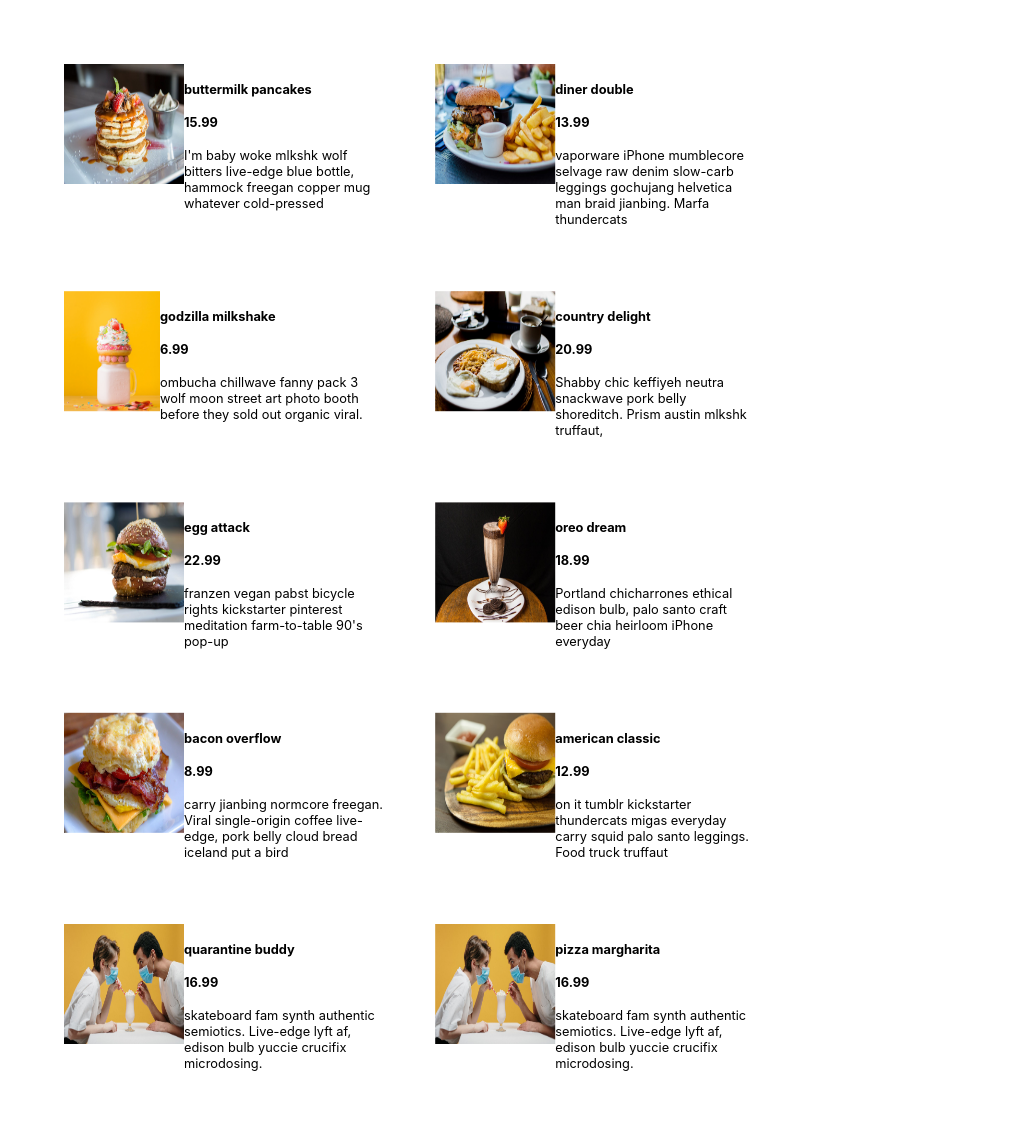
Repository: gligor99/menu-ts-react
Page: /
These files come from the project's save history. The page is drawn as it stood at one moment and after the next save; the edit follows.
The browser window is 1280 px wide. The pictures show the whole page, at 80% of full size.
The project was rebuilt for these pictures with package versions that can differ from the ones it lists, and the page was loaded fresh each time.

Above is the page before, as saved 2021-11-24 23:00:40.

After the next save:
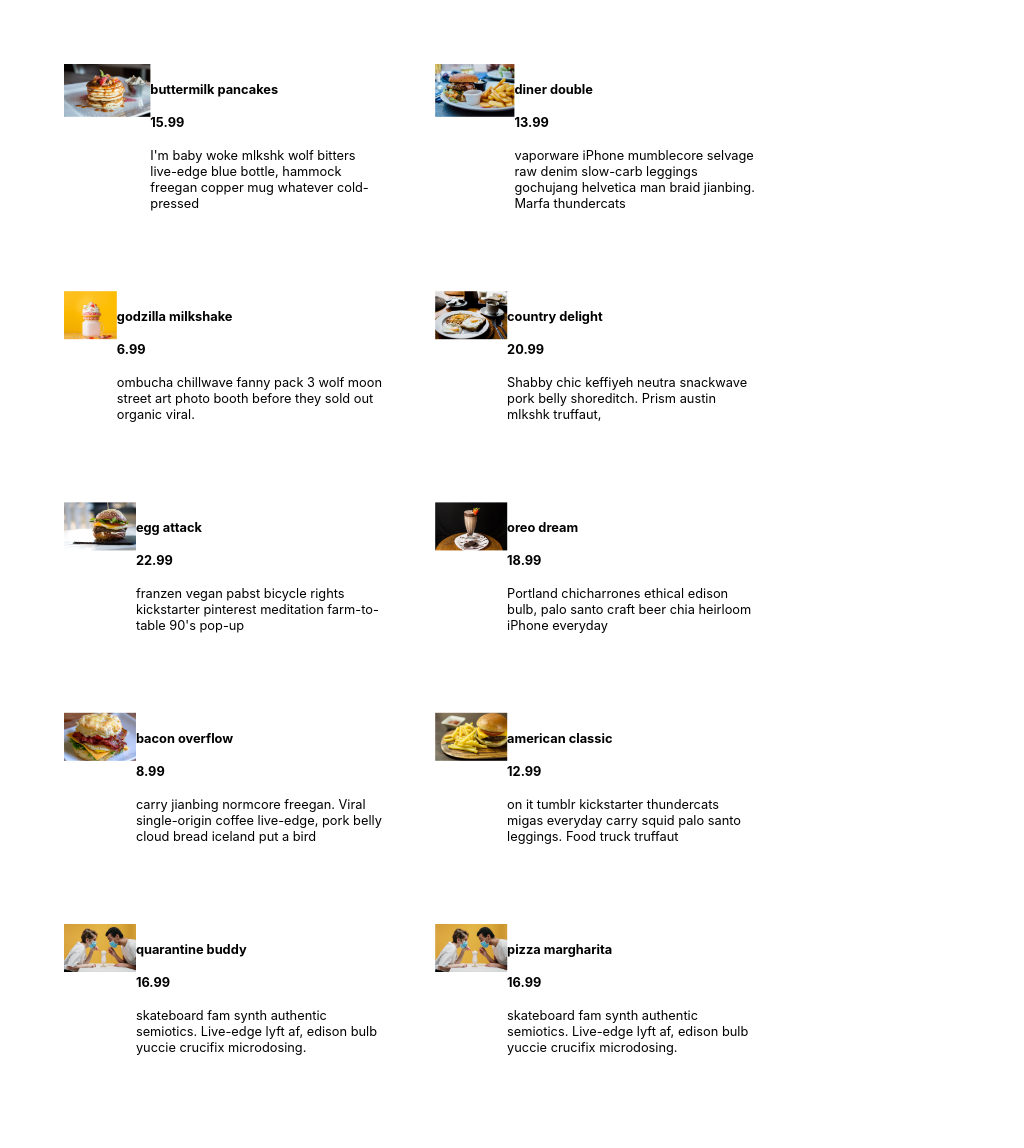
Saved 14 s later.
--- a/src/index.css
+++ b/src/index.css
@@ -29,6 +29,6 @@ code {
 
 
 img{
-  height: 150px;
+  height: 30%;
   width: 150px;
 }
